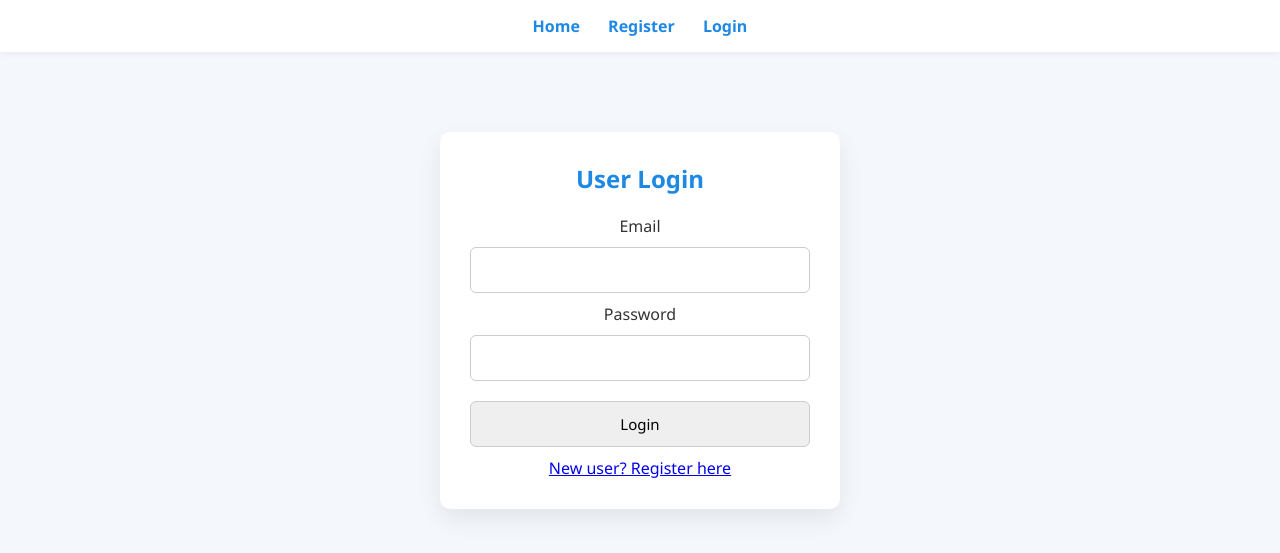
Repository: Sanjaya1822/Campus-Exchange
Page: http://localhost/CampusExchange/login.jsp
These files come from the project's save history. The page is drawn as it stood at one moment and after the next save; the edit follows.
The browser window is 1280 px wide. The pictures show the whole page.
The page is served by Tomcat 9. Other server files are loaded and not shown.

Above is the page before, as saved 2026-01-30 17:50:43.

### CampusExchange/src/main/webapp/login.jsp
<%@ page language="java" contentType="text/html; charset=UTF-8" %>
<!DOCTYPE html>
<html>
<head>
    <title>Login - CampusExchange</title>
    <link rel="stylesheet" href="css/style.css">
</head>
<body>

<div class="navbar">
    <a href="index.jsp">Home</a>
    <a href="register.jsp">Register</a>
    <a href="login.jsp">Login</a>
</div>

<div class="container">
    <h2 class="auth-title">User Login</h2>

    <form action="login" method="post">
        <div class="form-group">
            <label>Email</label>
            <input type="email" name="email" required>
        </div>

        <div class="form-group">
            <label>Password</label>
            <input type="password" name="password" required>
        </div>

        <input type="submit" value="Login">
    </form>

    <a class="auth-link" href="register.jsp">New user? Register here</a>
</div>

</body>

</html>

### CampusExchange/src/main/webapp/css/style.css
* {
    margin: 0;
    padding: 0;
    box-sizing: border-box;
    font-family: "Segoe UI", sans-serif;
}

body {
    background: #f4f7fb;
    color: #333;
}

/* Navbar */
.navbar {
    text-align: center;
    padding: 15px;
    background: #ffffff;
    box-shadow: 0 2px 6px rgba(0,0,0,0.05);
}

.navbar a {
    margin: 0 12px;
    text-decoration: none;
    color: #1e88e5;
    font-weight: 600;
}

/* Page center */
.container {
    max-width: 400px;
    margin: 80px auto;
    background: #ffffff;
    padding: 30px;
    border-radius: 10px;
    box-shadow: 0 10px 25px rgba(0,0,0,0.08);
    text-align: center;
}

.container h2 {
    margin-bottom: 20px;
    color: #1e88e5;
}

/* Inputs */
input {
    width: 100%;
    padding: 12px;
    margin: 10px 0;
    border-radius: 6px;
    border: 1px solid #ccc;
    font-size: 15px;
}

/* Button */
button {
    width: 100%;
    padding: 12px;
    background: #1e88e5;
    color: white;
    border: none;
    border-radius: 6px;
    font-size: 16px;
    cursor: pointer;
}

button:hover {
    background: #1565c0;
}

/* Links */
.link {
    margin-top: 15px;
}

.link a {
    text-decoration: none;
    color: #1e88e5;
    font-weight: 500;
}

After the next save:
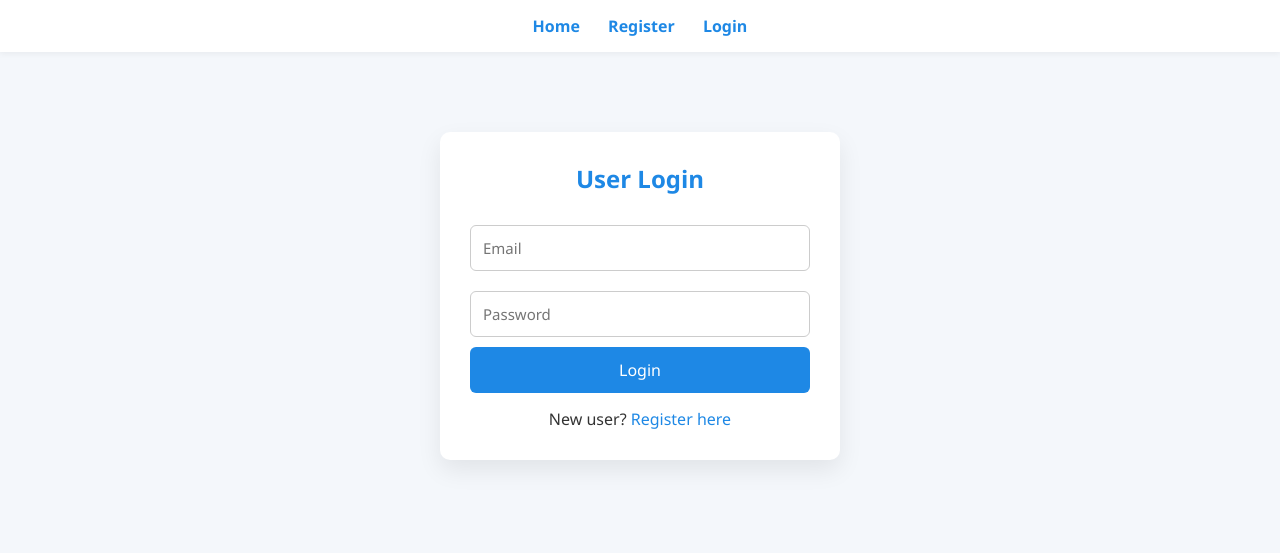
Saved 13 s later.
--- a/CampusExchange/src/main/webapp/login.jsp
+++ b/CampusExchange/src/main/webapp/login.jsp
@@ -14,25 +14,19 @@
 </div>
 
 <div class="container">
-    <h2 class="auth-title">User Login</h2>
+    <h2>User Login</h2>
 
     <form action="login" method="post">
-        <div class="form-group">
-            <label>Email</label>
-            <input type="email" name="email" required>
-        </div>
+        <input type="email" name="email" placeholder="Email" required>
+        <input type="password" name="password" placeholder="Password" required>
 
-        <div class="form-group">
-            <label>Password</label>
-            <input type="password" name="password" required>
-        </div>
-
-        <input type="submit" value="Login">
+        <button type="submit">Login</button>
     </form>
 
-    <a class="auth-link" href="register.jsp">New user? Register here</a>
+    <div class="link">
+        New user? <a href="register.jsp">Register here</a>
+    </div>
 </div>
 
 </body>
-
 </html>
